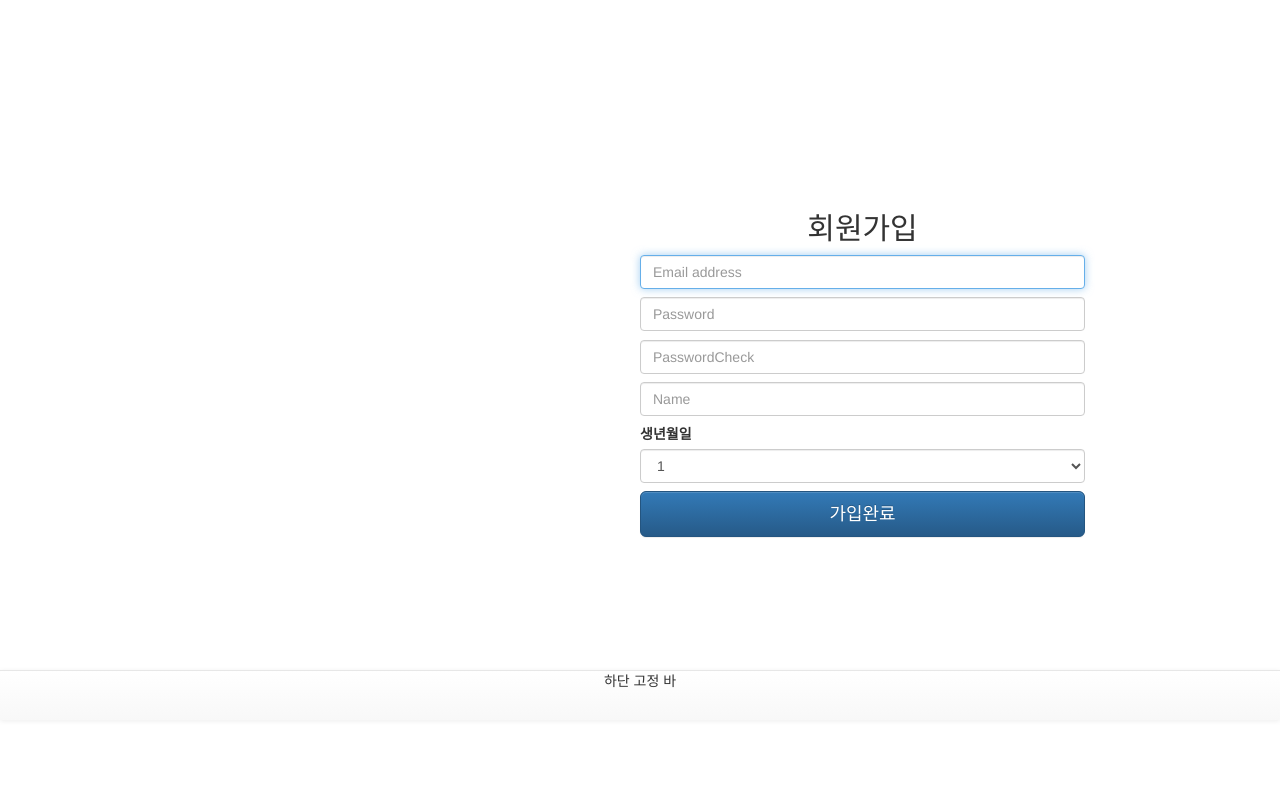
Repository: hrhwbp/Acorn-Final-Project
Page: http://localhost/final_project/index.jsp
These files come from the project's save history. The page is drawn as it stood at one moment and after the next save; the edit follows.
The browser window is 1280 px wide. The pictures show the whole page.
Some web libraries are served in a nearby version. The page is served by Tomcat 9. Nobody is signed in. The application's start-up code is not run. Other server files are loaded and not shown.

Above is the page before, as saved 2016-10-26 06:07:23.

### final_project/src/main/webapp/index.jsp
<%@ page language="java" contentType="text/html; charset=UTF-8"
	pageEncoding="UTF-8"%>
<!DOCTYPE html">
<html>
<head>
<meta http-equiv="Content-Type" content="text/html; charset=UTF-8">
<title>REMIND</title>
<!-- 합쳐지고 최소화된 최신 CSS -->
<link rel="stylesheet"
	href="https://maxcdn.bootstrapcdn.com/bootstrap/3.3.2/css/bootstrap.min.css">
<!-- 부가적인 테마 -->
<link rel="stylesheet"
	href="https://maxcdn.bootstrapcdn.com/bootstrap/3.3.2/css/bootstrap-theme.min.css">
<style type="text/css">
.top_pd {
	padding-top: 2%;
}

.bottom_pd {
	padding-bottom: 2%;
}

.main_pd {
	padding-top: 15%;
	padding-bottom: 20%;
}
</style>
<!-- 합쳐지고 최소화된 최신 자바스크립트 -->
<script
	src="https://ajax.googleapis.com/ajax/libs/jquery/3.1.1/jquery.min.js"></script>
<script
	src="https://maxcdn.bootstrapcdn.com/bootstrap/3.3.2/js/bootstrap.min.js"></script>
</head>
<body class="center-block()">
	<div class="container main_pd">
		<div class="container col-md-5 col-md-offset-1"></div>
		<div class="container col-md-5">
			<div class="row col-md-12 hide">
				<form class="form-signin">
					<h2 class="form-signin-heading text-center">로그인</h2>
					<div class="row">
						<label for="inputEmail" class="sr-only">Email address</label> <input
							type="email" id="inputEmail" class="form-control"
							placeholder="Email address" required autofocus>
					</div>
					<div class="row top_pd bottom_pd">
						<label for="inputPassword" class="sr-only">Password</label> <input
							type="password" id="inputPassword" class="form-control"
							placeholder="Password" required>
					</div>

					<button class="btn btn-lg btn-primary btn-block" type="submit">로그인</button>
				</form>
				<button class="btn btn-lg btn-primary btn-block" type="button">회원가입</button>
			</div>
			<div class="row col-md-12">
				<form class="form-signin">
					<h2 class="form-signin-heading text-center">회원가입</h2>
					<div class="row">
						<label for="inputEmail" class="sr-only">Email address</label> <input
							type="email" id="inputEmail" class="form-control"
							placeholder="Email address" required autofocus>
					</div>
					<div class="row top_pd">
						<label for="inputPassword" class="sr-only">Password</label> <input
							type="password" id="inputPassword" class="form-control"
							placeholder="Password" required>
					</div>
					<div class="row top_pd">
						<label for="passwordCheck" class="sr-only">PasswordCheck</label> <input
							type="password" id="passwordCheck" class="form-control"
							placeholder="PasswordCheck" required>
					</div>
					<div class="row top_pd">
						<label for="inputName" class="sr-only">Name</label> <input
							type="text" class="form-control" id="inputName"
							placeholder="Name" required>
					</div>
					<div class="row top_pd">
						<label>생년월일</label>
						<select class="form-control">
							<option>1</option>
							<option>2</option>
							<option>3</option>
							<option>4</option>
							<option>5</option>
						</select>
					</div>

					<div class="row top_pd">
						<button class="btn btn-lg btn-primary btn-block" type="submit">가입완료</button>
					</div>
				</form>

			</div>
		</div>
	</div>
	<%@include file="bottom.jsp"%>
</body>
</html>

### final_project/src/main/webapp/bottom.jsp
<%@ page language="java" contentType="text/html; charset=UTF-8"
    pageEncoding="UTF-8"%>
<!DOCTYPE html PUBLIC "-//W3C//DTD HTML 4.01 Transitional//EN" "http://www.w3.org/TR/html4/loose.dtd">
<html>
<head>
<meta http-equiv="Content-Type" content="text/html; charset=UTF-8">
<title>Insert title here</title>
</head>
<body>
<nav class="navbar navbar-default navbar-fixed-bottom">
  <div class="container">
  	<div class="row text-center">
  	 	하단 고정 바
  	</div>
  </div>
</nav>
</body>
</html>

After the next save:
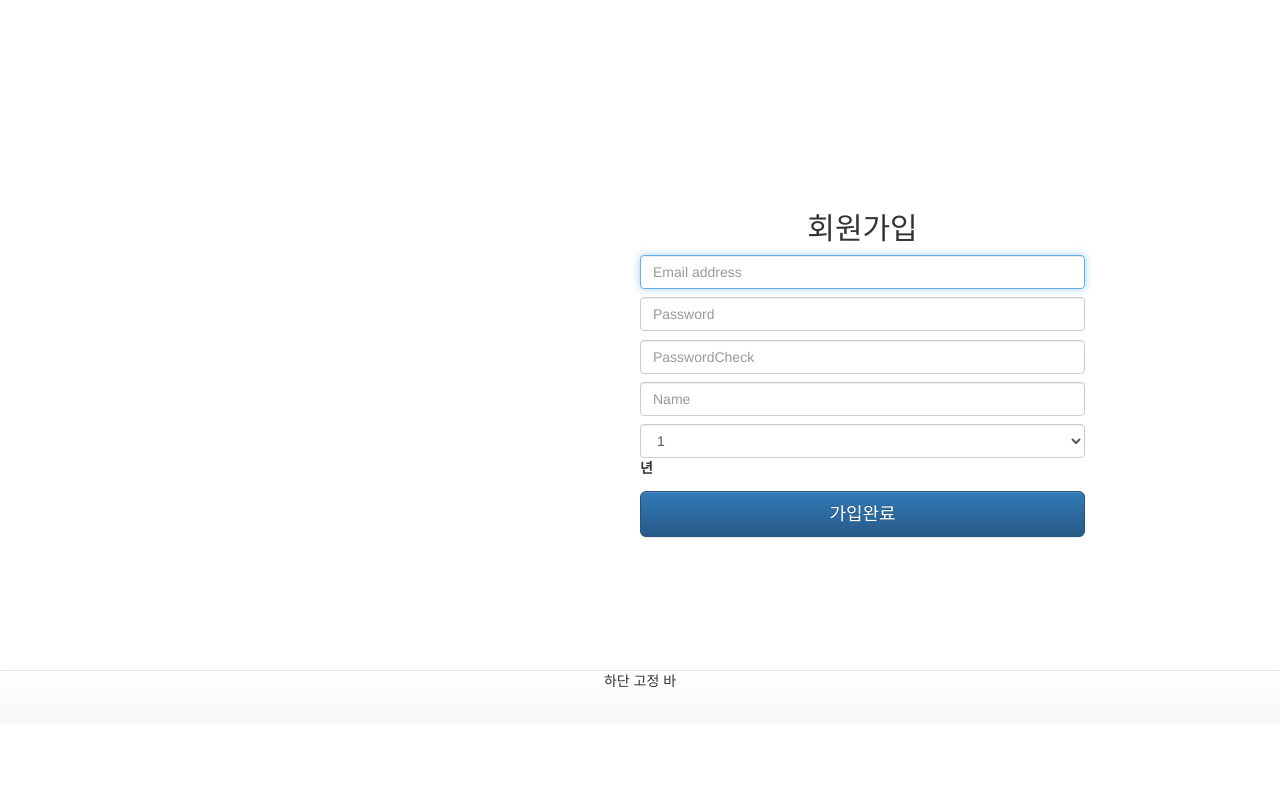
Saved 47 s later.
--- a/final_project/src/main/webapp/index.jsp
+++ b/final_project/src/main/webapp/index.jsp
@@ -77,7 +77,6 @@
 							placeholder="Name" required>
 					</div>
 					<div class="row top_pd">
-						<label>생년월일</label>
 						<select class="form-control">
 							<option>1</option>
 							<option>2</option>
@@ -85,6 +84,7 @@
 							<option>4</option>
 							<option>5</option>
 						</select>
+						<label>년</label>
 					</div>
 
 					<div class="row top_pd">
